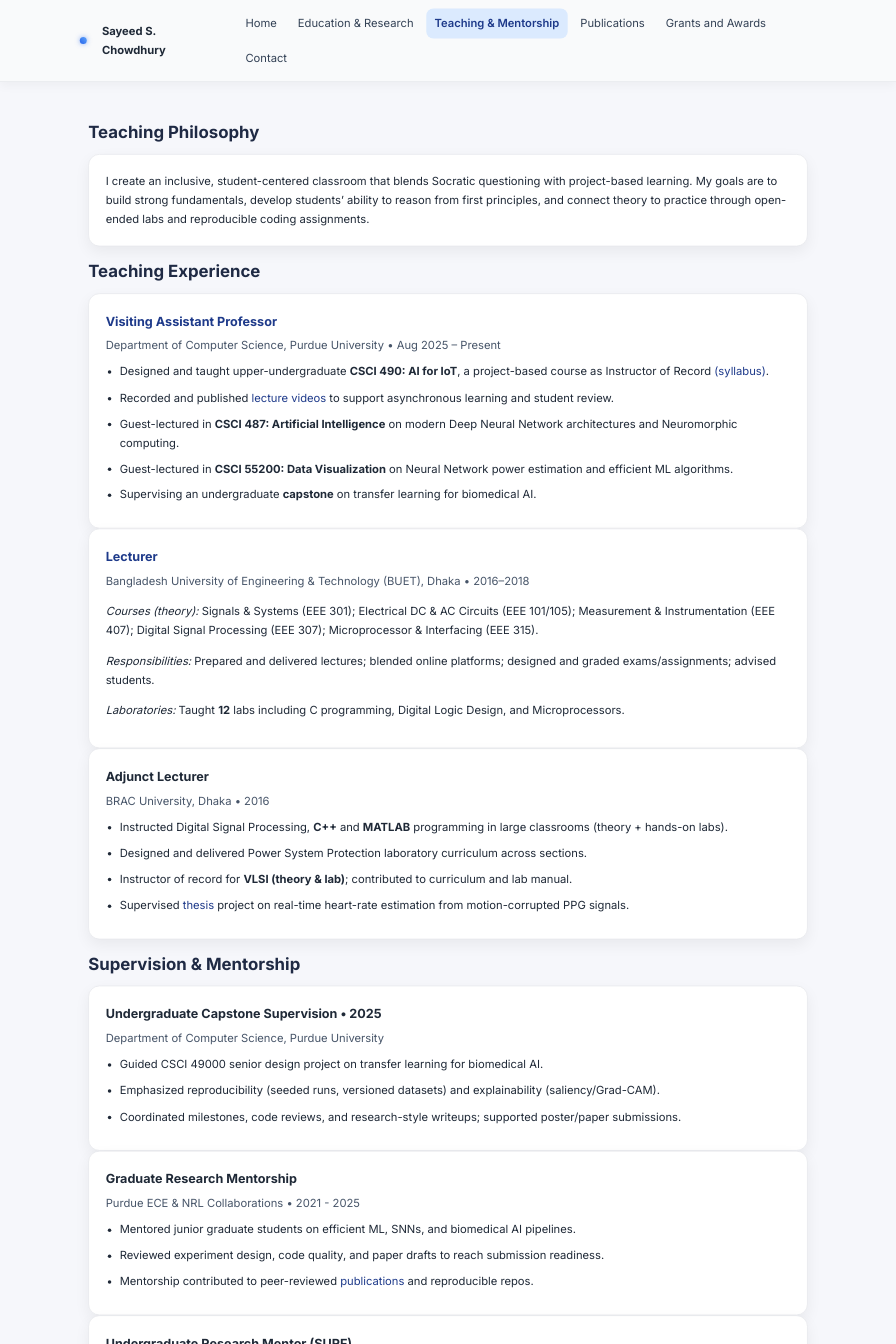
Repository: SayeedChowdhury/SayeedChowdhury.github.io
Page: teaching.html
These files come from the project's save history. The page is drawn as it stood at one moment and after the next save; the edit follows.
The browser window is 1280 px wide. The pictures show the part of the page from y = 0 to 1920 px (the page is 3285 px tall), at 70% of full size.

Above is the page before, as saved 2025-10-05 08:10:20.

After the next save:
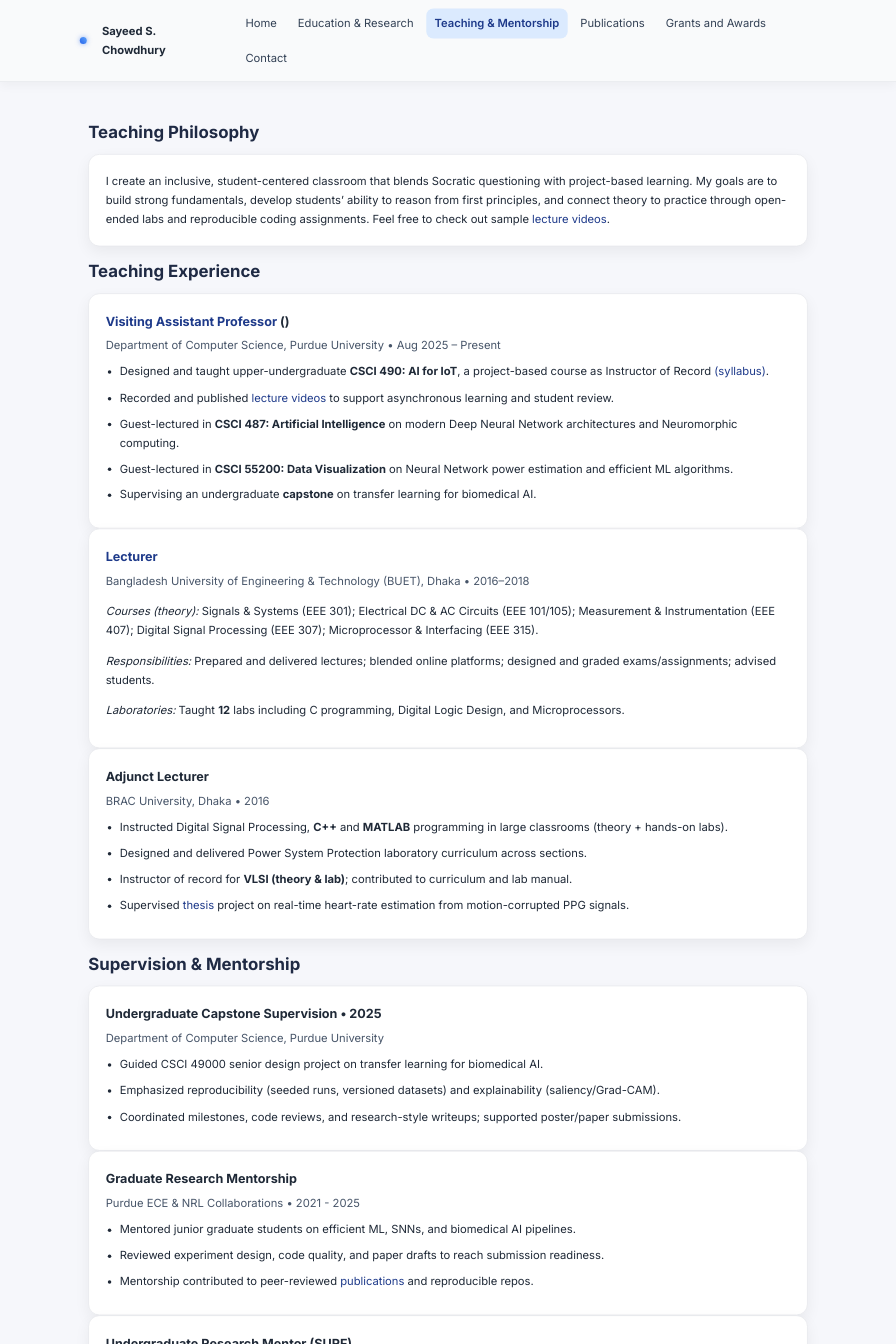
Saved 3 min 36 s later.
--- a/teaching.html
+++ b/teaching.html
@@ -32,7 +32,7 @@
       <p style="margin:0">
         I create an inclusive, student-centered classroom that blends Socratic questioning with project-based learning.
         My goals are to build strong fundamentals, develop students’ ability to reason from first principles, and connect
-        theory to practice through open-ended labs and reproducible coding assignments.
+        theory to practice through open-ended labs and reproducible coding assignments. Feel free to check out sample <a href="https://www.youtube.com/playlist?list=PLdlcJyhBPNa7e0uwDYIyAAcX99XuqfS2C" target="_blank" rel="noopener">lecture videos</a>.
       </p>
     </div>
 
@@ -40,7 +40,7 @@
 
     <!-- Purdue — Visiting Assistant Professor -->
     <div class="card">
-      <h3><a href="https://www.cs.purdue.edu/people/faculty/chowdh23.html" target="_blank" rel="noopener">Visiting Assistant Professor</a></h3>
+      <h3><a href="https://www.cs.purdue.edu/people/faculty/chowdh23.html" target="_blank" rel="noopener">Visiting Assistant Professor</a> ()</h3>
       <div class="lead">Department of Computer Science, Purdue University • Aug&nbsp;2025 – Present</div>
       <ul class="list">
         <li>Designed and taught upper-undergraduate <strong>CSCI 490: AI for IoT</strong>, a project-based course as Instructor of Record <a href="assets/AIoT-syllabus.pdf" target="_blank" rel="noopener">(syllabus)</a>.</li>
